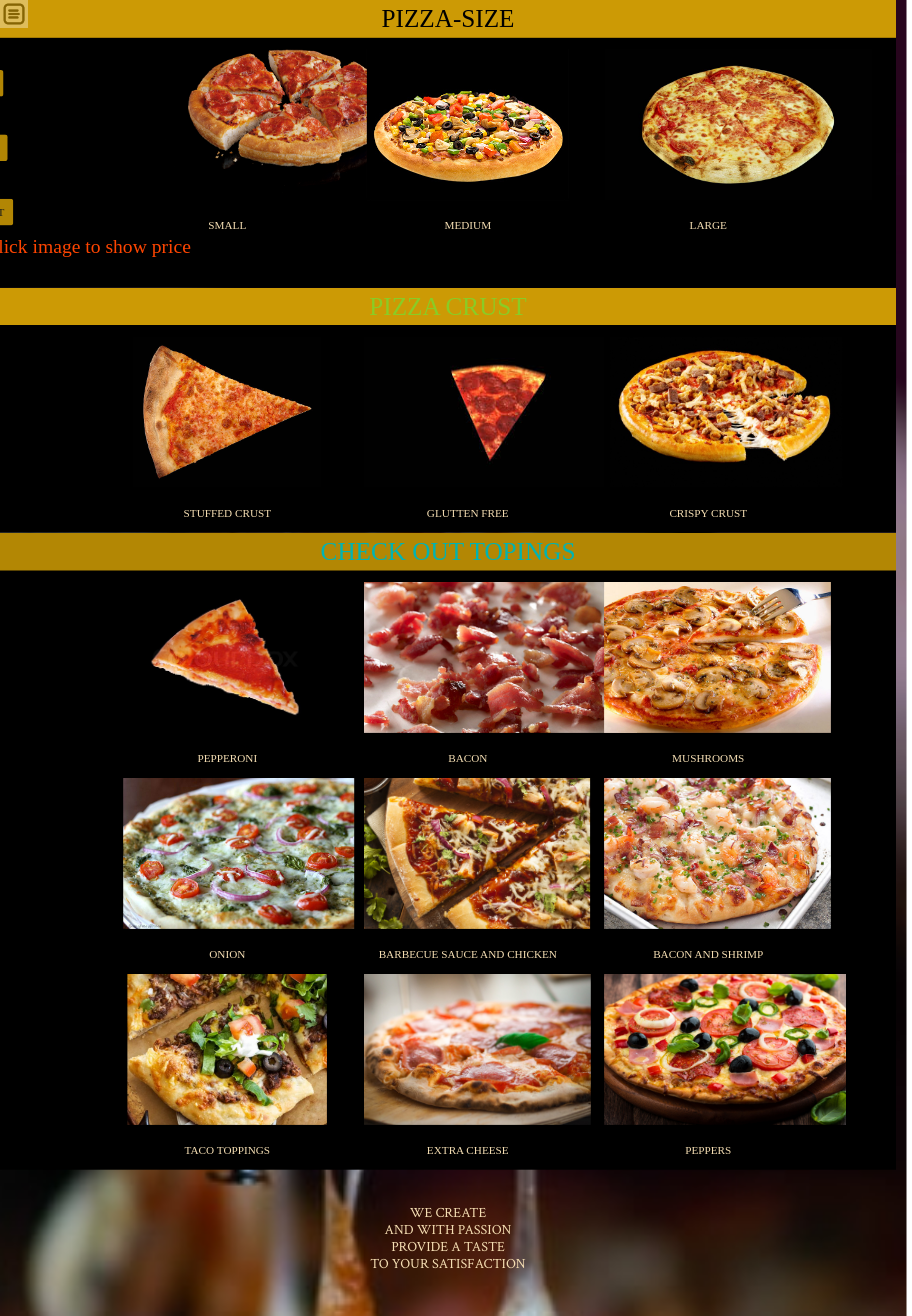
Repository: alexmwaura/MOREO--PIZZA-IP4
Page: mine.html
The author's editor kept a copy of each file at every save. The page is drawn from the files as they stood at one save, then again after the next save.
The browser window is 1280 px wide. The page is 1303 px wide, so the pictures cover 1303 px, including what lies to the right of the window. The pictures show the part of the page from y = 0 to 1880 px (the page is 3153 px tall), at 70% of full size.
Some web fonts or font styles are not loaded; a fallback is used.

Above is the page before, as saved 2019-09-01 17:45:55.

### mine.html
<!DOCTYPE html>
<html lang="en">

<head>
    <meta charset="UTF-8">
    <meta name="viewport" content="width=device-width, initial-scale=1.0">
    <meta http-equiv="X-UA-Compatible" content="ie=edge">

    <title> MOREO RESTAURANT</title>

    <link href="https://fonts.googleapis.com/css?family=Kaushan+Script&display=swap" rel="stylesheet">
    <link href="https://fonts.googleapis.com/css?family=Pacifico|Rancho&display=swap" rel="stylesheet">
    <link href="https://fonts.googleapis.com/css?family=Crimson+Text&display=swap" rel="stylesheet">

    <link rel="stylesheet" href="./CSS/bootstrap.css">
    <link rel="stylesheet" href="./CSS/styles.css">
    <script src="./SCRIPTS/jquery-3.4.1.js"></script>
    <script src="./SCRIPTS/scripts.js"></script>
</head>

<body>
    <nav>
        <a href="#" class="nav-toggle-btn bg-success"></a>
        <ul>
            <li><a href="./index.html" class="btn bg-warning" style="margin-left: -14%">HOME</a></li><br><br>
            <li><a href="#pizza" class="btn bg-warning" style="margin-left: -15%">ORDER</a></li><br><br>
            <li><a href="#nav" class="btn bg-warning" style="margin-left: -35%">CONTACT</a></li>
        </ul>
    </nav>

    <div class="content">


            <div class="address">
                    <div class="">



                        <div class="bg-warning" id="pizza-crust" style="opacity: 0.8">

                            <p style="color: black">PIZZA-SIZE</p>

                        </div>

                        <div class="row">

                            &nbsp;&nbsp;&nbsp;&nbsp;&nbsp;&nbsp;&nbsp;&nbsp;&nbsp;&nbsp;&nbsp;&nbsp;&nbsp;&nbsp;&nbsp;&nbsp;&nbsp;&nbsp;&nbsp;&nbsp;&nbsp;&nbsp;&nbsp;&nbsp;&nbsp;&nbsp;&nbsp;&nbsp;&nbsp;&nbsp;&nbsp;&nbsp;&nbsp;&nbsp;&nbsp;&nbsp;&nbsp;&nbsp;&nbsp;&nbsp;&nbsp;&nbsp;&nbsp;&nbsp;

                            <div class="col-lg-3 col-md-3 col-sm-3">
                                <div id="workS1">
                                    <img src="./IMAGES/small2.png" alt="" class="img-fluid-S1"><br><br>

                                    <div class="overlay">
                                        <div class="line">
                                            <p class="trial1">SMALL</p>
                                            <p class="pS1">
                                                    <h5 class="pS1"><strong> PRICE: <br>
                                                        <em><h1 style="font-size: 10vh">500 ksh</h1></em><br>
                                                    </strong></h5>
                                            </p>

                                        </div>

                                    </div>

                                </div>



                            </div>
                            &nbsp;&nbsp;&nbsp;&nbsp;

                            <div class="col-lg-3 col-md-3 col-sm-3">
                                <div id="workS2">
                                    <img src="./IMAGES/medium.jpg" alt="" class="img-fluid-S2"><br><br>

                                    <div class="overlay">
                                        <div class="line">
                                            <p class="trialS2">MEDIUM </p>
                                            <p class="pS2">
                                                    <h5 class="pS2"><strong> PRICE: <br>
                                                        <em><h1 style="font-size: 10vh">700 ksh</h1></em><br>
                                                    </strong></h5>
                                            </p>



                                        </div>

                                    </div>

                                </div>

                            </div>

                            &nbsp;&nbsp;&nbsp;&nbsp;


                            <div class="col-lg-3 col-md-3 col-sm-3">
                                <div id="workS3">
                                    <img src="./IMAGES/large4.jpg" alt="" class="img-fluid-S3 "><br><br>

                                    <div class="overlay">
                                        <div class="line">
                                            <p class="trialS3">LARGE</p>
                                            <p class="pS3">
                                                    <h5 class="pS3"><strong> PRICE: <br>
                                                        <em><h1 style="font-size: 10vh">1000 ksh</h1></em><br>
                                                </strong></h5>
                                            </p>


                                        </div>

                                    </div>

                                </div>

                            </div>

                            <div class="form-group">
                                <h3 style="color: orangered" style="font-size: 10vh" class="price"> click image to show price</h3>
                            </div>


                        </div>

                    </div>

                </div>







        <div class="address">
            <div class="">



                <div class="bg-warning" id="pizza-crust" style="opacity: 0.8">

                    <p style="color:greenyellow">PIZZA CRUST</p>

                </div>

                <div class="row">

                    &nbsp;&nbsp;&nbsp;&nbsp;&nbsp;&nbsp;&nbsp;&nbsp;&nbsp;&nbsp;&nbsp;&nbsp;&nbsp;&nbsp;&nbsp;&nbsp;&nbsp;&nbsp;&nbsp;&nbsp;&nbsp;&nbsp;&nbsp;&nbsp;&nbsp;&nbsp;&nbsp;&nbsp;&nbsp;&nbsp;&nbsp;&nbsp;&nbsp;&nbsp;&nbsp;&nbsp;&nbsp;&nbsp;&nbsp;&nbsp;&nbsp;&nbsp;&nbsp;&nbsp;

                    <div class="col-lg-3 col-md-3 col-sm-3">
                        <div id="work1">
                            <img src="./IMAGES/stuffed5.jpg" alt="" class="img-fluid-1"><br><br>

                            <div class="overlay">
                                <div class="line">
                                    <p class="trial1">STUFFED CRUST</p>
                                    <p class="p1">
                                        <h5 class="p1"><strong> PRICE: <br>
                                            <em>SMALL; KSH 100</em><br>
                                            <em>MEDIUM; KSH 150</em><br>
                                            <em>LARGE; KSH 200</em>
                                        </strong></h5>
                                    </p>

                                </div>

                            </div>

                        </div>



                    </div>
                    &nbsp;&nbsp;&nbsp;&nbsp;

                    <div class="col-lg-3 col-md-3 col-sm-3">
                        <div id="work2">
                            <img src="./IMAGES/glutten5.jpeg" alt="" class="img-fluid-2"><br><br>

                            <div class="overlay">
                                <div class="line">
                                    <p class="trial2">GLUTTEN FREE </p>
                                    <p class="p2">
                                        <h5 class="p2"><strong> PRICE: <br>
                                            <em>SMALL; KSH 50</em><br>
                                            <em>MEDIUM; KSH 100</em><br>
                                            <em>LARGE; KSH 150</em>
                                        </strong></h5>
                                    </p>



                                </div>

                            </div>

                        </div>

                    </div>

                    &nbsp;&nbsp;&nbsp;&nbsp;


                    <div class="col-lg-3 col-md-3 col-sm-3">
                        <div id="work3">
                            <img src="./IMAGES/crispy3.jpg" alt="" class="img-fluid-3 "><br><br>

                            <div class="overlay">
                                <div class="line">
                                    <p class="trial3">CRISPY CRUST</p>
                                    <p class="p3">
                                        <h5 class="p3"><strong> PRICE: <br>
                                            <em>SMALL; KSH 100</em><br>
                                            <em>MEDIUM; KSH 150</em><br>
                                            <em>LARGE; KSH 200</em>
                                        </strong></h5>
                                    </p>


                                </div>

                            </div>

                        </div>

                    </div>



                </div>

            </div>

        </div>



        <div class="dance">

            <div class="">

                <div class="bg-warning" id="pizza-toppings" style="opacity: 0.7">
                    <p style="color: aqua">CHECK OUT TOPINGS</p>

                </div>

                <div class="row">

                    &nbsp;&nbsp;&nbsp;&nbsp;&nbsp;&nbsp;&nbsp;&nbsp;&nbsp;&nbsp;&nbsp;&nbsp;&nbsp;&nbsp;&nbsp;&nbsp;&nbsp;&nbsp;&nbsp;&nbsp;&nbsp;&nbsp;&nbsp;&nbsp;&nbsp;&nbsp;&nbsp;&nbsp;&nbsp;&nbsp;&nbsp;&nbsp;&nbsp;&nbsp;&nbsp;&nbsp;&nbsp;&nbsp;&nbsp;&nbsp;&nbsp;&nbsp;&nbsp;&nbsp;

                    <div class="col-lg-3 col-md-3 col-sm-3">
                        <div id="work4">
                            <img src="./IMAGES/pepporoni3.jpg" alt="" class="img-fluid-4"><br><br>

                            <div class="overlay">
                                <div class="line">
                                    <p class="trial4">PEPPERONI</p>
                                    <p class="p4">
                                        <h5 class="p4"><strong> PRICE: <br>
                                            <em>SMALL; KSH 50</em><br>
                                            <em>MEDIUM; KSH 70</em><br>
                                            <em>LARGE; KSH 100</em>
                                        </strong></h5>
                                    </p>


                                </div>

                            </div>

                        </div>

                    </div>




                    &nbsp;&nbsp;&nbsp;&nbsp;


                    <div class="col-lg-3 col-md-3 col-sm-3">
                        <div id="work5">
                            <img src="./IMAGES/bacon.jpg" alt="" class="img-fluid-5"><br><br>

                            <div class="overlay">
                                <div class="line">
                                    <p class="trial5">BACON </p>
                                    <p class="p5">
                                        <h5 class="p5"><strong> PRICE: <br>
                                            <em>SMALL; KSH 80</em><br>
                                            <em>MEDIUM; KSH 100</em><br>
                                            <em>LARGE; KSH 150</em>
                                        </strong></h5>
                                    </p>


                                </div>

                            </div>

                        </div>

                    </div>

                    &nbsp;&nbsp;&nbsp;&nbsp;


                    <div class="col-lg-3 col-md-3 col-sm-3">
                        <div id="work6">
                            <img src="./IMAGES/mushroom2.jpg" alt="" class="img-fluid-6"><br><br>

                            <div class="overlay">
                                <div class="line">
                                    <p class="trial6">MUSHROOMS</p>
                                    <p class="p6">
                                        <h5 class="p6"><strong> PRICE: <br>
                                            <em>SMALL; KSH 80</em><br>
                                            <em>MEDIUM; KSH 120</em><br>
                                            <em>LARGE; KSH 150</em>
                                        </strong></h5>
                                    </p>


                                </div>

                            </div>

                        </div>

                    </div>



                </div>

                <div class="row">

                    &nbsp;&nbsp;&nbsp;&nbsp;&nbsp;&nbsp;&nbsp;&nbsp;&nbsp;&nbsp;&nbsp;&nbsp;&nbsp;&nbsp;&nbsp;&nbsp;&nbsp;&nbsp;&nbsp;&nbsp;&nbsp;&nbsp;&nbsp;&nbsp;&nbsp;&nbsp;&nbsp;&nbsp;&nbsp;&nbsp;&nbsp;&nbsp;&nbsp;&nbsp;&nbsp;&nbsp;&nbsp;&nbsp;&nbsp;&nbsp;&nbsp;&nbsp;&nbsp;&nbsp;

                    <div class="col-lg-3 col-md-3 col-sm-3">
                        <div id="work7">
                            <img src="./IMAGES/onions.jpg" alt="" class="img-fluid-7"><br><br>

                            <div class="overlay">
                                <div class="line">
                                    <p class="trial4">ONION</p>
                                    <p class="p7">
                                        <h5 class="p7"><strong> PRICE: <br>
                                            <em>SMALL; KSH 20</em><br>
                                            <em>MEDIUM; KSH 30</em><br>
                                            <em>LARGE; KSH 30</em>
                                        </strong></h5>
                                    </p>


                                </div>

                            </div>

                        </div>

                    </div>




                    &nbsp;&nbsp;&nbsp;&nbsp;


                    <div class="col-lg-3 col-md-3 col-sm-3">
                        <div id="work8">
                            <img src="./IMAGES/barbecue.jpg" alt="" class="img-fluid-8"><br><br>

                            <div class="overlay">
                                <div class="line">
                                    <p class="trial5">BARBECUE SAUCE AND CHICKEN </p>
                                    <p class="p8">
                                        <h5 class="p8"><strong> PRICE: <br>
                                            <em>SMALL; KSH 100</em><br>
                                            <em>MEDIUM; KSH 150</em><br>
                                            <em>LARGE; KSH 200</em>
                                        </strong></h5>
                                    </p>


                                </div>

                            </div>

                        </div>

                    </div>

                    &nbsp;&nbsp;&nbsp;&nbsp;


                    <div class="col-lg-3 col-md-3 col-sm-3">
                        <div id="work9">
                            <img src="./IMAGES/shrimp.jpg" alt="" class="img-fluid-9"><br><br>

                            <div class="overlay">
                                <div class="line">
                                    <p class="trial6">BACON AND SHRIMP</p>
                                    <p class="p9">
                                        <h5 class="p9"><strong> PRICE: <br>
                                            <em>SMALL; KSH 80</em><br>
                                            <em>MEDIUM; KSH 100</em><br>
                                            <em>LARGE; KSH 150</em>
                                        </strong></h5>
                                    </p>


                                </div>

                            </div>

                        </div>

                    </div>



                </div>


                <div class="row">

                    &nbsp;&nbsp;&nbsp;&nbsp;&nbsp;&nbsp;&nbsp;&nbsp;&nbsp;&nbsp;&nbsp;&nbsp;&nbsp;&nbsp;&nbsp;&nbsp;&nbsp;&nbsp;&nbsp;&nbsp;&nbsp;&nbsp;&nbsp;&nbsp;&nbsp;&nbsp;&nbsp;&nbsp;&nbsp;&nbsp;&nbsp;&nbsp;&nbsp;&nbsp;&nbsp;&nbsp;&nbsp;&nbsp;&nbsp;&nbsp;&nbsp;&nbsp;&nbsp;&nbsp;

                    <div class="col-lg-3 col-md-3 col-sm-3">
                        <div id="work10">
                            <img src="./IMAGES/taco.jpg" alt="" class="img-fluid-10"><br><br>

                            <div class="overlay">
                                <div class="line">
                                    <p class="trial4">TACO TOPPINGS</p>
                                    <p class="p10">
                                        <h5 class="p10"><strong> PRICE: <br>
                                            <em>SMALL; KSH 100</em><br>
                                            <em>MEDIUM; KSH 150</em><br>
                                            <em>LARGE; KSH 200</em>
                                        </strong></h5>
                                    </p>


                                </div>

                            </div>

                        </div>

                    </div>




                    &nbsp;&nbsp;&nbsp;&nbsp;


                    <div class="col-lg-3 col-md-3 col-sm-3">
                        <div id="work11">
                            <img src="./IMAGES/cheese 2.jpg" alt="" class="img-fluid-11"><br><br>

                            <div class="overlay">
                                <div class="line">
                                    <p class="trial5">EXTRA CHEESE </p>
                                    <p class="p11">
                                        <h5 class="p11"><strong> PRICE: <br>
                                            <em>SMALL; KSH 80</em><br>
                                            <em>MEDIUM; KSH 120</em><br>
                                            <em>LARGE; KSH 150</em>
                                        </strong></h5>
                                    </p>


                                </div>

                            </div>

                        </div>

                    </div>

                    &nbsp;&nbsp;&nbsp;&nbsp;


                    <div class="col-lg-3 col-md-3 col-sm-3">
                        <div id="work12">
                            <img src="./IMAGES/pepper.jpg" alt="" class="img-fluid-12"><br><br>

                            <div class="overlay">
                                <div class="line">
                                    <p class="trial6">PEPPERS</p>
                                    <p class="p12">
                                        <h5 class="p12"><strong> PRICE: <br>
                                            <em>SMALL; KSH 20</em><br>
                                            <em>MEDIUM; KSH 30</em><br>
                                            <em>LARGE; KSH 30</em>
                                        </strong></h5>
                                    </p>


                                </div>

                            </div>

                        </div>

                    </div>



                </div>


            </div>





        </div>

        <div id="trial">


            <div id="pizza">
                <h2 class="pizza">WE CREATE <br>AND WITH PASSION <br> PROVIDE A TASTE <br> TO YOUR SATISFACTION</h2>
                <br><br>
                <h1>FILL IN DETAILS TO START YOUR ORDER:</h1>


            </div><br><br>



        </div>







        <form id="form" class="container">





            <div class="final">





                    <div class="bg-dark" id="pizza-size">
                            <label class="form-control bg-warning" style="font-size: 20px;" >CHOOSE SIZE</label>
                            <h4>Small</h4>
                            <input type="radio" name="size" value="Small" id="small">
                            <h4>Medium</h4>
                            <input type="radio" name="size" value="Medium" id="medium">
                            <h4>Large</h4>
                            <input type="radio" name="size" value="Large" id="large">
                        </div>


                        <div class="bg-dark" id="choose">
                            <label class="form-control bg-warning" style="font-size: 20px;">CHOOSE CRUST</label>
                            <h4>Crispy</h4>
                            <input type="radio" value="Crispy" name="crust" id="crispy">
                            <h4>Stuffed</h4>
                            <input type="radio" value="Stuffed" name="crust" id="stuffed">
                            <h4>glutten free</h4>
                            <input type="radio" value="Gluten-free" name="crust" id="gluten">
                        </div><br><br>







                        <select id="toppings" class="form-control-range btn-dark">

                            <option value="" disabled selected>TOPPINGS</option>
                            <div>
                                <option value="Mushrooms" id="mushrooms">Mushrooms</option>
                            <option value="Onions" id="onions">Onions</option>
                            <option value="Pepperoni" id="peppe">Pepperoni</option>
                            <option value="Bacon" id="bacon">Bacon and shrimp</option>
                            <option value="Barbecue" id="chicken">Barbecue sauce and chicken</option>
                            <option value="taco" id="taco">Taco toppings</option>
                            <option value="Cheese" id="cheese">Extra cheese</option>
                            <option value="Peppers" id="green">Green peppers</option>
                            <option value="Peppers" id="green">Red peppers</option>
                            <option value="Peppers" id="green">Yellow peppers</option>
                            </div>

                        </select>


                        <div class="card-body">
                            <label for="delivery" id="delivery">
                                <h3>Delivery charges: </h3>
                            </label>
                            <label for="charges" id="charges">300</label><br>
                            <label for="details" id="order" class="form-control bg-warning" style="opacity: 0.6;">
                                <h3 style="color: darkred">check out order:</h3>
                            </label><br>
                            <button id="check" type="submit">Checkout</button><br>
                            <label id="details"></label>


                            <label id="total" class="bg-warning form-control" style="display: none; opacity: 0.4;">

                                <label for="price" id="price">

                                </label>
                                <label for="amount" id="pizza-amount">
                                    <h3></h3>
                                </label>

                            </label>

                        </div> <br>


            </div>

            <div class="border-dark">
                <div class="jumbotron">
                    <label class="form-control bg-warning" style="font-size: 25px;" >NUMBER OF PIZZA</label>
                    <input  class="form-control-range badge-pill" type="number" min="1" id="number">
                </div>


            </div>

            <div class="container">

                <button id="pick" type="submit">Pickup</button>
                <button id="deliver" type="submit">Deliver</button>

            </div>

        </form>
















    </div>
















</body>

Loaded but not shown: CSS/bootstrap.css (library); SCRIPTS/jquery-3.4.1.js (library); SCRIPTS/scripts.js (103 lines, source omitted); CSS/styles.css (363 lines, source omitted)

After the next save:
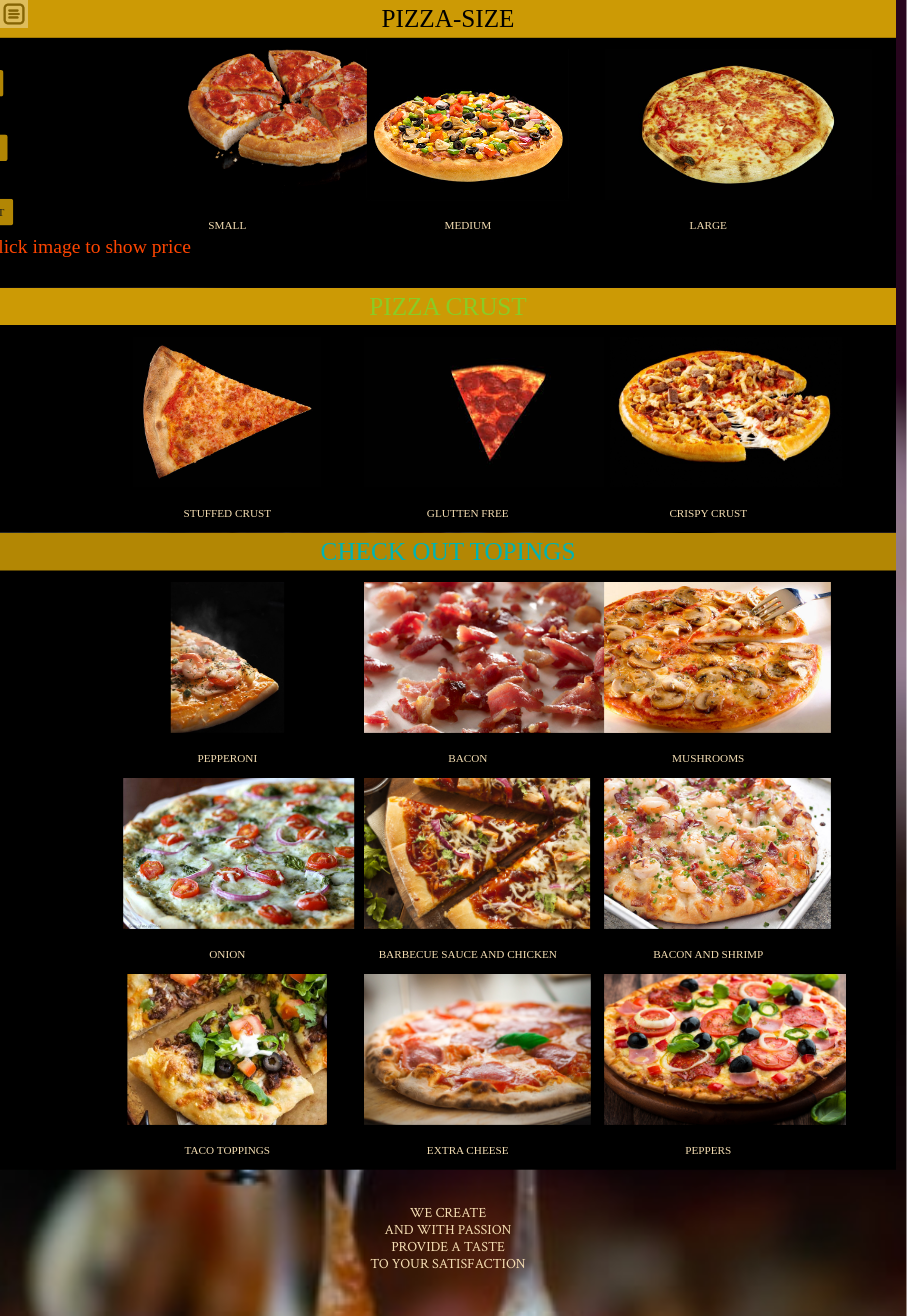
Saved 43 s later.
--- a/mine.html
+++ b/mine.html
@@ -253,7 +253,7 @@
 
                     <div class="col-lg-3 col-md-3 col-sm-3">
                         <div id="work4">
-                            <img src="./IMAGES/pepporoni3.jpg" alt="" class="img-fluid-4"><br><br>
+                            <img src="./IMAGES/pepporoni4.jpg" alt="" class="img-fluid-4"><br><br>
 
                             <div class="overlay">
                                 <div class="line">
